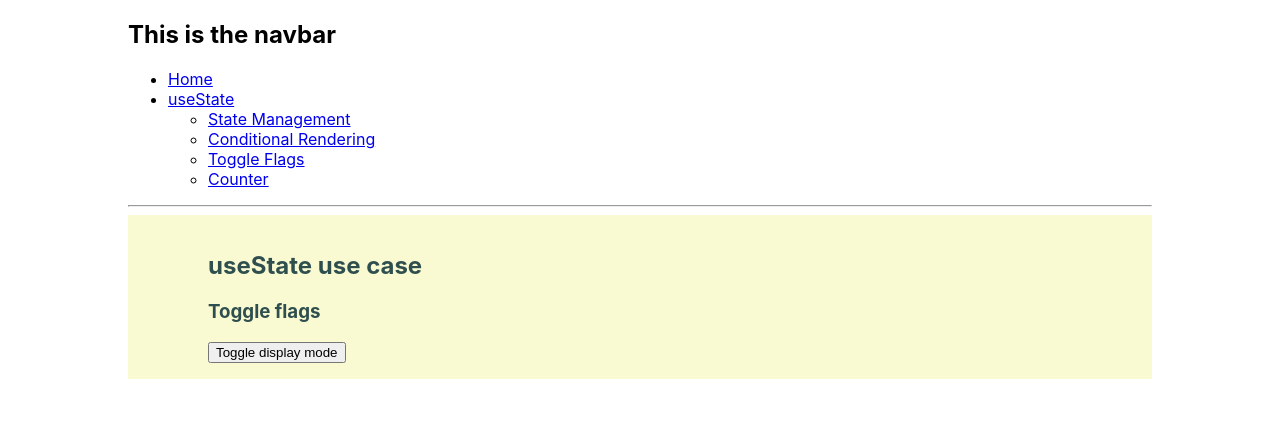
Repository: Colo-Codes/react-hooks-use-cases
Page: /usestate/toggle
An editor plug-in stored every save of this project. The page is shown before and after the next save, followed by the edit.
The browser window is 1280 px wide. The pictures show the whole page.
The project was rebuilt for these pictures with package versions that can differ from the ones it lists, and the page was loaded fresh each time. Also part of the build but not shown: src/components/Home/Home.js, src/components/UseCaseUseState/UseCaseUseState.js, src/components/UseCaseUseState/UseCaseStateManagement.js, src/components/UseCaseUseState/UseCaseConditionalRender.js, src/components/UseCaseUseState/UseCaseCounter.js.

Above is the page before, as saved 2021-09-07 10:29:31.

After the next save:
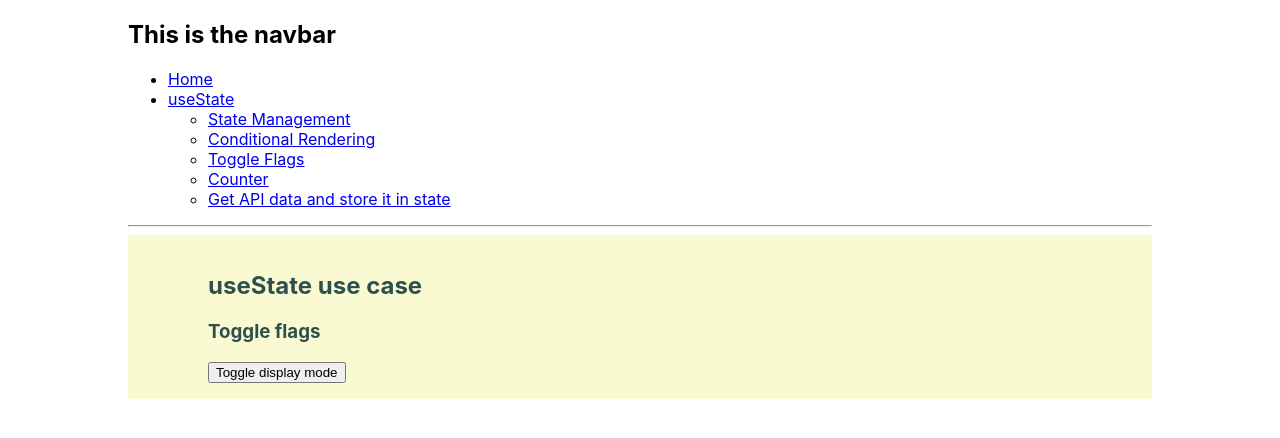
Saved 13 s later.
--- a/src/components/Navbar/Navbar.js
+++ b/src/components/Navbar/Navbar.js
@@ -12,6 +12,7 @@ const Navbar = props => {
                         <li><Link to="/usestate/conditional-rendering">Conditional Rendering</Link></li>
                         <li><Link to="/usestate/toggle">Toggle Flags</Link></li>
                         <li><Link to="/usestate/counter">Counter</Link></li>
+                        <li><Link to="/usestate/api">Get API data and store it in state</Link></li>
                     </ul>
                 </li>
             </ul>
